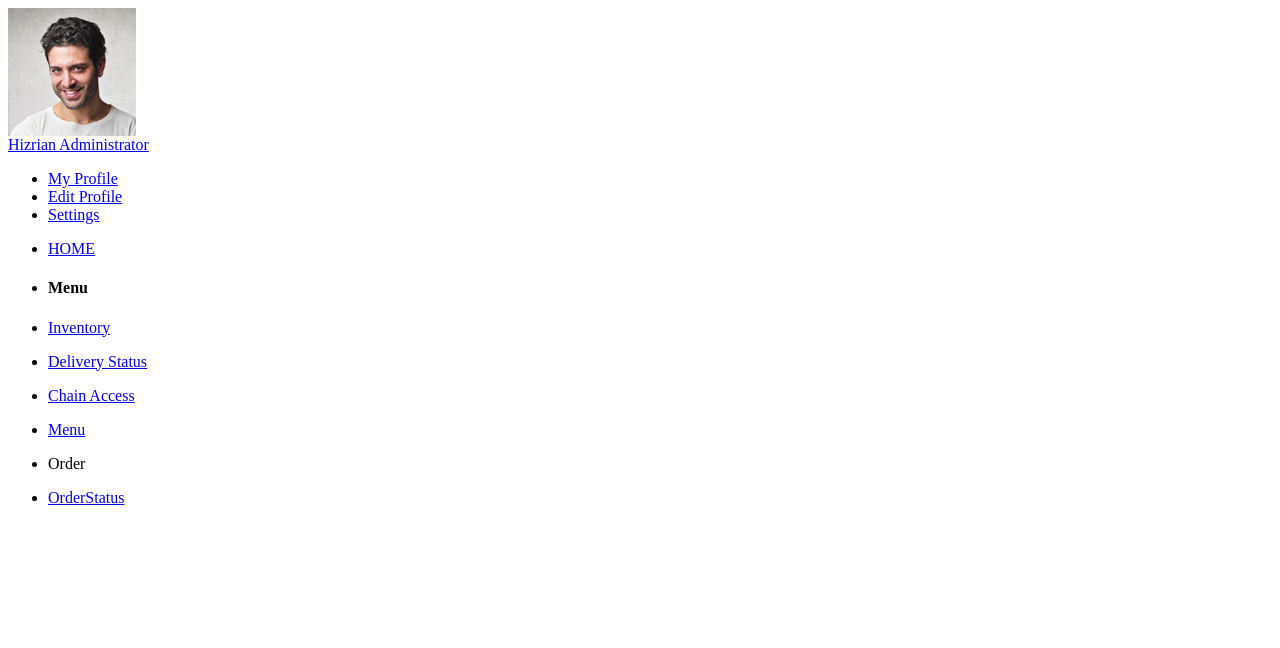
Repository: wkdanlwo091/iot_final
Page: http://localhost/top/view/main/sidebar.jsp
These files come from the project's save history. The page is drawn as it stood at one moment and after the next save; the edit follows.
The browser window is 1280 px wide. The pictures show the whole page.
The page is served by Tomcat 9.

Above is the page before, as saved 2020-04-25 05:19:33.

After the next save:
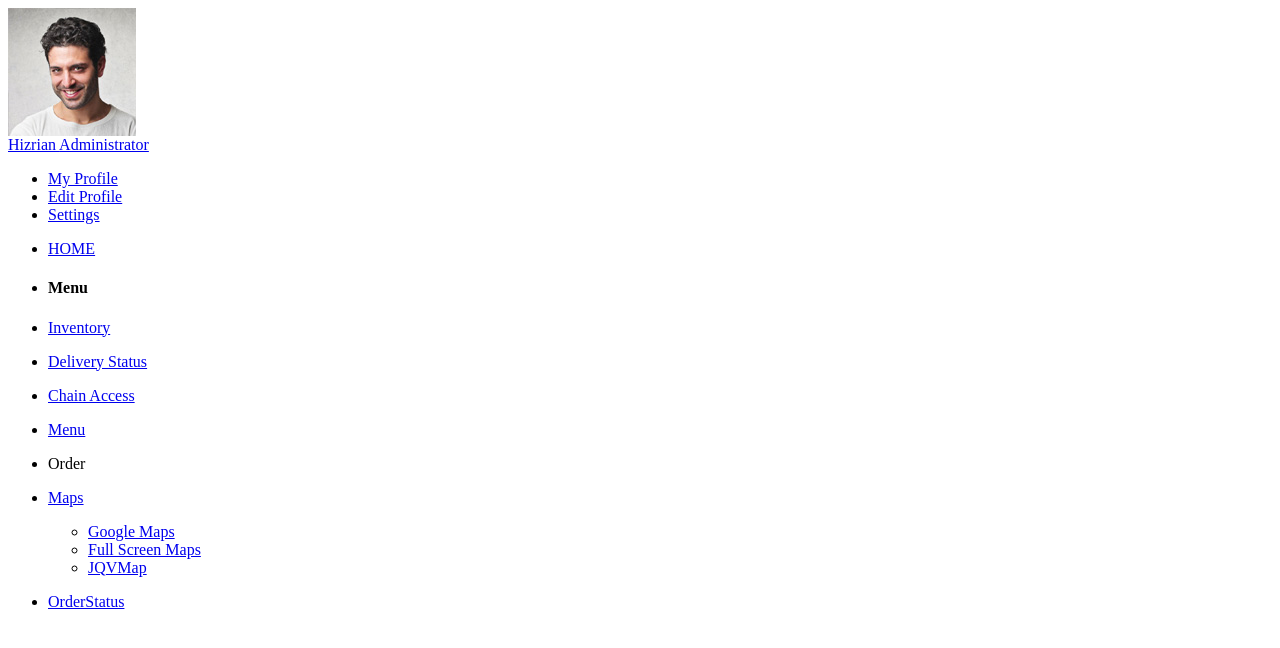
Saved 67 min 30 s later.
--- a/jmj4.zip_expanded/top/web/view/main/sidebar.jsp
+++ b/jmj4.zip_expanded/top/web/view/main/sidebar.jsp
@@ -81,6 +81,32 @@
 						<p>Order</p>
 				</a></li>
 				<!-- A/S Center -->
+										<li class="nav-item">
+							<a data-toggle="collapse" href="#maps">
+								<i class="fas fa-map-marker-alt"></i>
+								<p>Maps</p>
+								<span class="caret"></span>
+							</a>
+							<div class="collapse" id="maps">
+								<ul class="nav nav-collapse">
+									<li>
+										<a href="maps/googlemaps.html">
+											<span class="sub-item">Google Maps</span>
+										</a>
+									</li>
+									<li>
+										<a href="maps/fullscreenmaps.html">
+											<span class="sub-item">Full Screen Maps</span>
+										</a>
+									</li>
+									<li>
+										<a href="maps/jqvmap.html">
+											<span class="sub-item">JQVMap</span>
+										</a>
+									</li>
+								</ul>
+							</div>
+						</li>
 				<li class="nav-item"><a href="orderStatus.top"> <i
 						class="fas fa-desktop"></i>
 						<p>OrderStatus</p>
